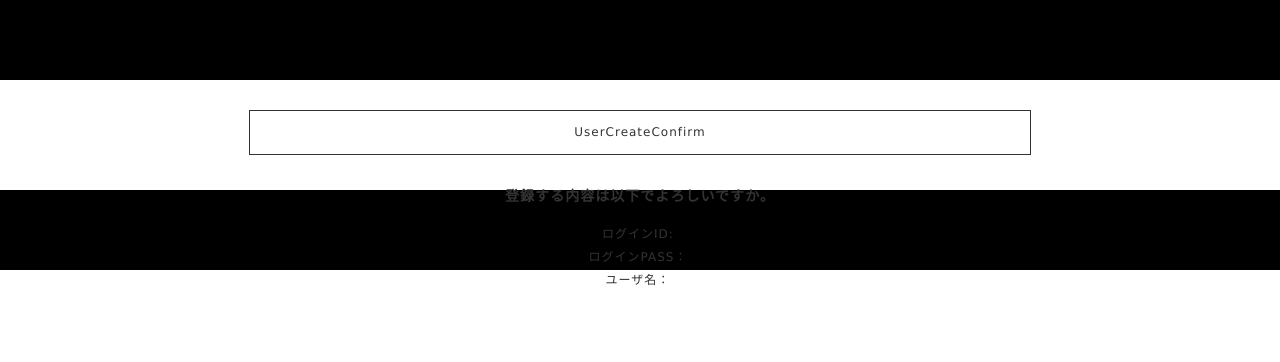
Repository: 3103senoomizho/test
Page: http://localhost/ecsite1/userCreateConfirm.jsp
An editor plug-in stored every save of this project. The page is shown before and after the next save, followed by the edit.
The browser window is 1280 px wide. The pictures show the whole page.
The page is served by Tomcat 9. Other server files are loaded and not shown.

Above is the page before, as saved 2018-03-23 05:14:54.

### ecsite1/WebContent/userCreateConfirm.jsp
<%@ page language="java" contentType="text/html; charset=UTF-8"
    pageEncoding="UTF-8"%>
<%@ taglib prefix="s"  uri="/struts-tags" %>
<!DOCTYPE html>
<html>
<head>
<meta http-equiv="Content-Type" content="text/html; charset=UTF-8">
<meta http-equiv="Content-Style-Type" content="text/css"/>
<meta http-equiv="Content-Sclipt-Type" content="text/javascript"/>
<meta http-equiv="imagetoolbar" content="no"/>
<meta name="description" content=""/>
<meta name="keywords" content=""/>

<title>UserCreateConfirm画面</title>

<style type="text/css">
/*===========TAG LAYOUT==================*/
body{
  margin:0;
  padding:0;
  line-height:1.6;
  letter-spacing:1px;
  font-family:Verdana,Helvetica,sans-serif;
  font-size:12px;
  color:#333;
  background:#fff;
  }
table{
  text-align:center;
  margin:0 auto;
  }
/*===========ID LAYOUT==================*/
#top{
  width:780px;
  margin:30px auto;
  border:1px solid #333;
  }
#header{
  width:100%;
  height:80px;
  background-color:black;
  }
#main{
  width:100%;
  height:80px;
  text-align:center;
  clear:both;
  }
#footer{
  width:100%;
  height:80px;
  background-color:black;
  clear:both;
  }
</style>

</head>
<body>
<div id="header">
         <div id="pr">
         </div>
</div>
<div id="main">
         <div id="top">
                  <p>UserCreateConfirm</p>
         </div>
         <div>
                  <h3>登録する内容は以下でよろしいですか。</h3>
                  <table>
                        <s:form action="UserCreateCompleteAction">
                        <tr id="box">
                                <td>
                                    <label>ログインID:</label>
                                </td>
                                <td>
                                    <s:property value="loginUserId" escape="false"/>
                                </td>
                        </tr>
                        <tr id="box">
                                <td>
                                    <label>ログインPASS：</label>
                                </td>
                                <td>
                                    <s:property value = "loginPassword" escape="false"/>
                                </td>
                       </tr>
                       <tr id="box">
                               <td>
                                   <label>ユーザ名：</label>
                               </td>
                               <td>
                                   <s:property value="userName" escape="false"/>
                               </td>
                        </tr>
                        </s:form>
                  </table>
         </div>
</div>
<div id="footer">
         <div id="pr">
         </div>
</div>

</body>
</html>

After the next save:
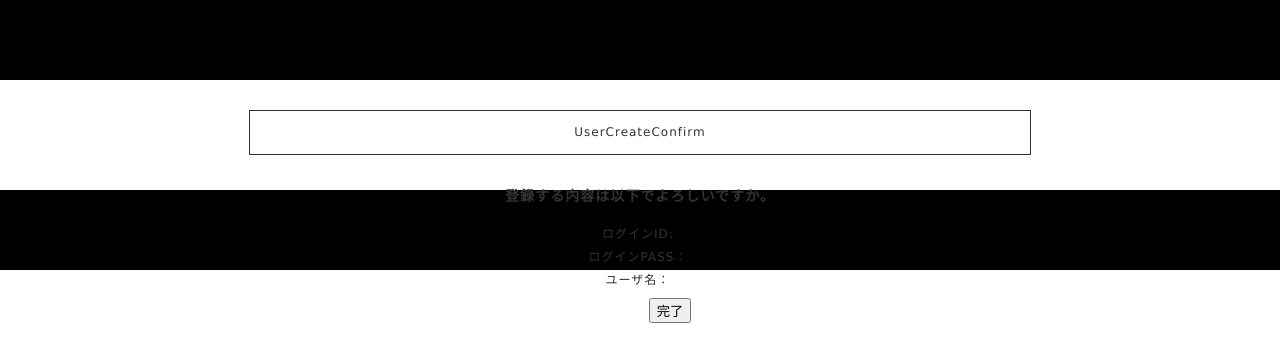
Saved 2 min 24 s later.
--- a/ecsite1/WebContent/userCreateConfirm.jsp
+++ b/ecsite1/WebContent/userCreateConfirm.jsp
@@ -92,6 +92,11 @@ table{
                                    <s:property value="userName" escape="false"/>
                                </td>
                         </tr>
+                        <tr>
+                         		<td>
+                         			<s:submit value="完了"/>
+                         		</td>
+                         </tr>
                         </s:form>
                   </table>
          </div>
